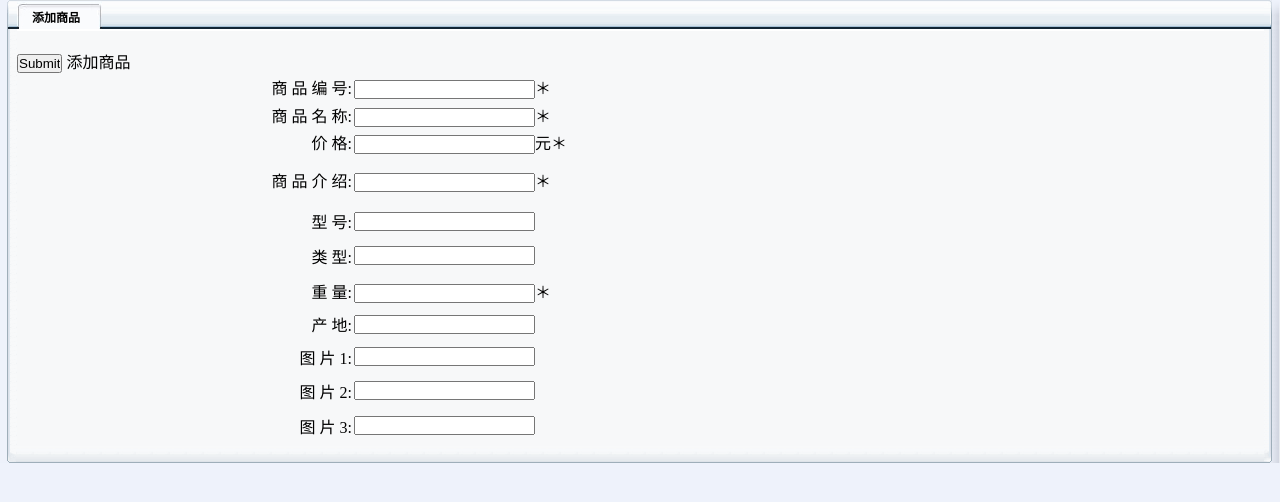
Repository: wzhcxw/shop
Page: ShopOnline/WebContent/admin/addsku.html
The author's editor kept a copy of each file at every save. The page is drawn from the files as they stood at one save, then again after the next save.
The browser window is 1280 px wide. The pictures show the whole page.

Above is the page before, as saved 2014-09-29 17:37:57.

After the next save:
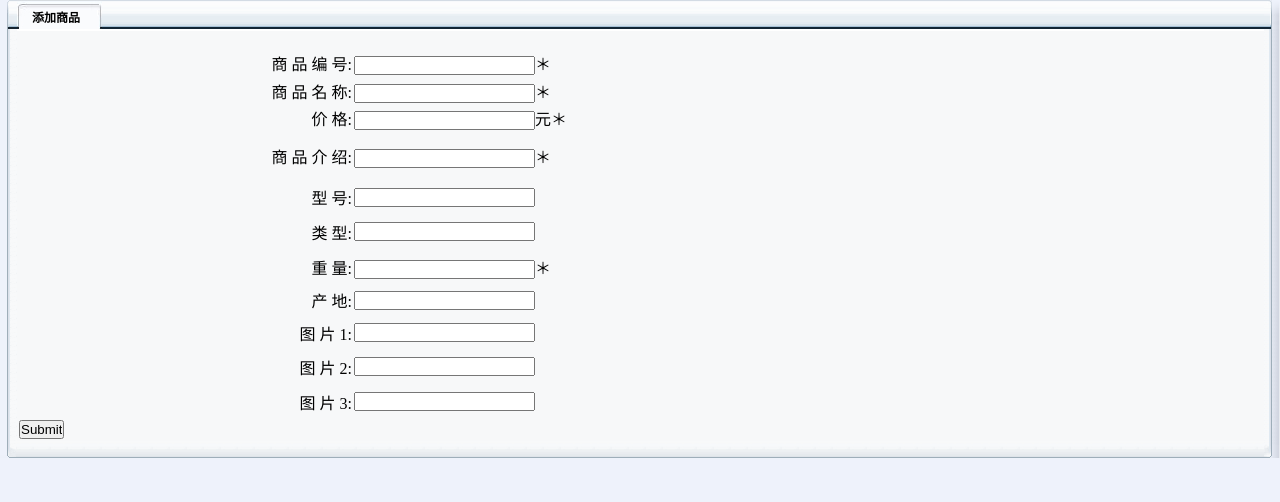
Saved 27 s later.
--- a/ShopOnline/WebContent/admin/addsku.html
+++ b/ShopOnline/WebContent/admin/addsku.html
@@ -138,7 +138,10 @@ tr{}
         </tr>
 
     	<tr>
-    		 <input type=submit  onclick="postss()"> 添加商品</input>
+    	<td>
+    	 <input type=submit  onclick="postss()"></input>
+    	</td>
+
     	</tr>
 
  	</table>
